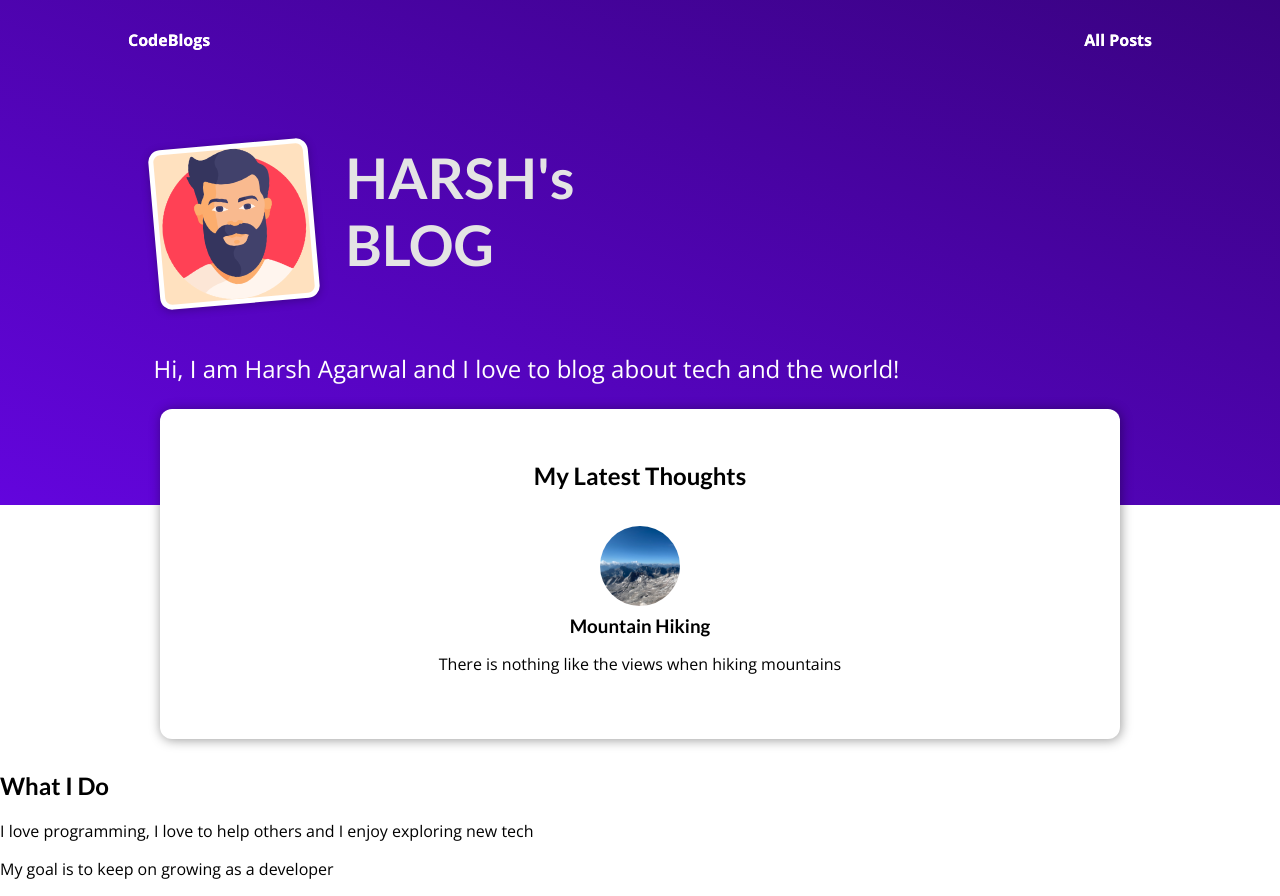
Repository: harshagr64/codeblogs
Page: http://localhost/
The author's editor kept a copy of each file at every save. The page is drawn from the files as they stood at one save, then again after the next save.
The browser window is 1280 px wide. The pictures show the whole page.
The page is served by the project's application, run on Django 3.2 (manage.py).

Above is the page before, as saved 2021-08-21 11:10:56.

After the next save:
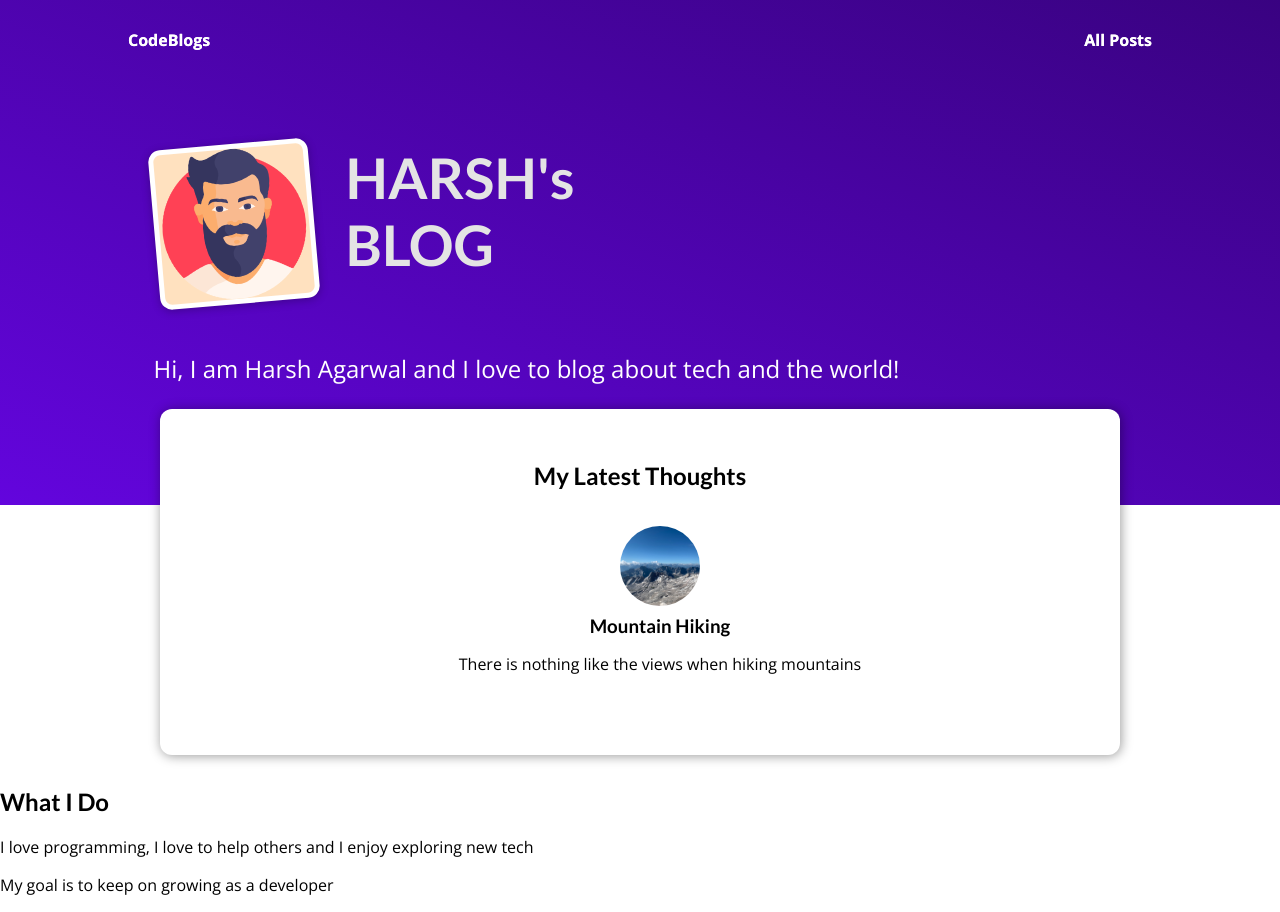
Saved 41 s later.
--- a/codeblogs/blog/static/blog/index.css
+++ b/codeblogs/blog/static/blog/index.css
@@ -48,8 +48,8 @@
 
 #latest-posts ul {
   list-style: none;
-  margin: 0;
-  padding: 0;
+  /* margin: 0;
+  padding: 0; */
   display: flex;
   gap: 1rem;
 }

After the save that followed:
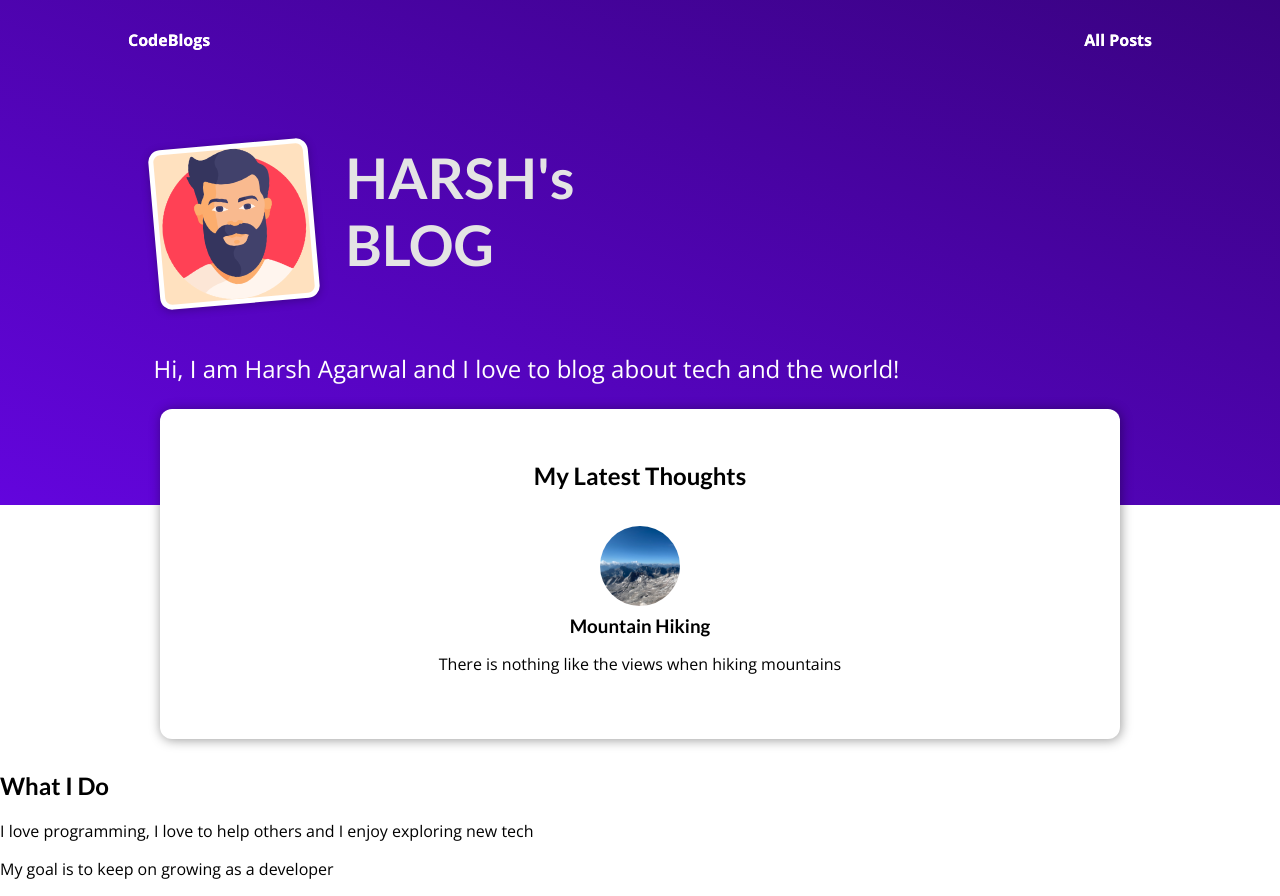
Saved 8 s later.
--- a/codeblogs/blog/static/blog/index.css
+++ b/codeblogs/blog/static/blog/index.css
@@ -48,8 +48,8 @@
 
 #latest-posts ul {
   list-style: none;
-  /* margin: 0;
-  padding: 0; */
+  margin: 0;
+  padding: 0;
   display: flex;
   gap: 1rem;
 }
